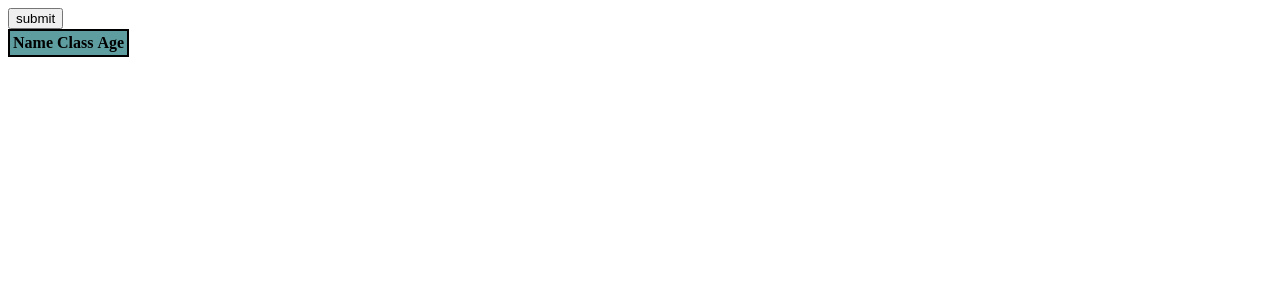
Repository: amit-prajapati8900/project
Page: http://localhost/home
An editor plug-in stored every save of this project. The page is shown before and after the next save, followed by the edit.
The browser window is 1280 px wide. The pictures show the whole page.
The page is served by the project's Node server (rendernig.js). Queries for data that is not in the repository find no rows.

Above is the page before, as saved 2026-01-26 11:45:32.

### views/show.ejs
<!DOCTYPE html>
<html lang="en">
<head>
    <meta charset="UTF-8">
    <meta name="viewport" content="width=device-width, initial-scale=1.0">
    <title>Document</title>
</head>
<body>
    <div>
        <form action="/new" method="get">
            <button type="submit">submit</button>
        </form>
<table style="border: 2px solid black; background-color: cadetblue;">
    <tr>
        <th>Name</th>
        <th>Class</th>
        <th>Age</th>
    </tr>
        <% for(let data of alldata){ %>
    <tr>
        <td><%= data._id %></td>
        <td><%= data.name %></td>
        <td><%= data.class %></td>
        <td><%= data.age %></td>
        <td>
        <form action="/delete/<%= data._id %>" method="post">
         <button>delete</button>
        </form></td>
    </tr>
    <% } %>
</table>
    </div>
</body>
</html>

### rendernig.js
const mongoose = require("mongoose");
const express = require("express");
// const Insert = require("./insertData");
// const mongoose = require("mongoose");
const app = express();
const path = require("path");
const Data = require("./data.js");
// const Data = require("./insertData");
app.use(express.urlencoded({ extended: true }));
app.set("view engine", "ejs");
app.set("views", path.join(__dirname, "views"));
app.use(express.static(path.join(__dirname,"views")));

main().then((res)=>{console.log("database is working")})
.catch((err)=>{console.log(err)});

async function main() {
   await mongoose.connect("mongodb://127.0.0.1:27017/jcc");
}
// Data.insertMany({
//    name:"amit",
//    class:"AXC",
//    age:23
// })
// .then(() => console.log("✅ Data inserted"))
//  .catch(err => console.error(err));
app.get("/home", async (req, res) => {
  console.log("everything is ok");
  const alldata = await Data.find();   // ✅ wait for data
  res.render("show.ejs",{alldata});                   // ✅ send actual documents
});
app.post("/delete/:id", async(req,res)=>{
   let {id} = req.params;
   await Data.findByIdAndDelete(id);
   res.redirect("/home");
});
app.get("/new",((req,res)=>{
   res.render("new.ejs");
}));

app.post("/update",(req,res)=>{
   let {name,class2,age} = req.body;
   const alldata = Data({name,class2,age});
   alldata.save();
   res.redirect("/home");
})
app.listen(2000,()=>{
   console.log("express is working");
});

### data.js
const mongoose = require("mongoose");
const dataSchema = new  mongoose.Schema({
    name:{
        type:String,
        required:true,
         },
         deg:{
            type:String,
         },
         age:{
            type:Number
         },
})
const Data =  mongoose.model("Data",dataSchema);
module.exports = Data;

After the next save:
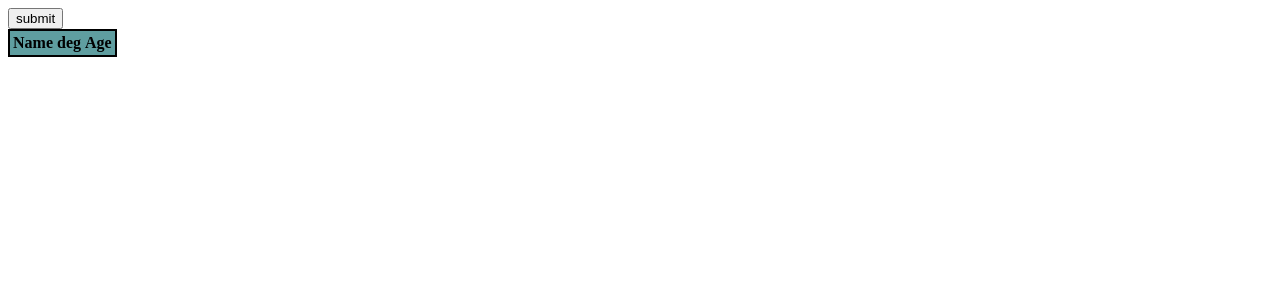
Saved 4 s later.
--- a/views/show.ejs
+++ b/views/show.ejs
@@ -13,14 +13,14 @@
 <table style="border: 2px solid black; background-color: cadetblue;">
     <tr>
         <th>Name</th>
-        <th>Class</th>
+        <th>deg</th>
         <th>Age</th>
     </tr>
         <% for(let data of alldata){ %>
     <tr>
         <td><%= data._id %></td>
         <td><%= data.name %></td>
-        <td><%= data.class %></td>
+        <td><%= data.deg %></td>
         <td><%= data.age %></td>
         <td>
         <form action="/delete/<%= data._id %>" method="post">
